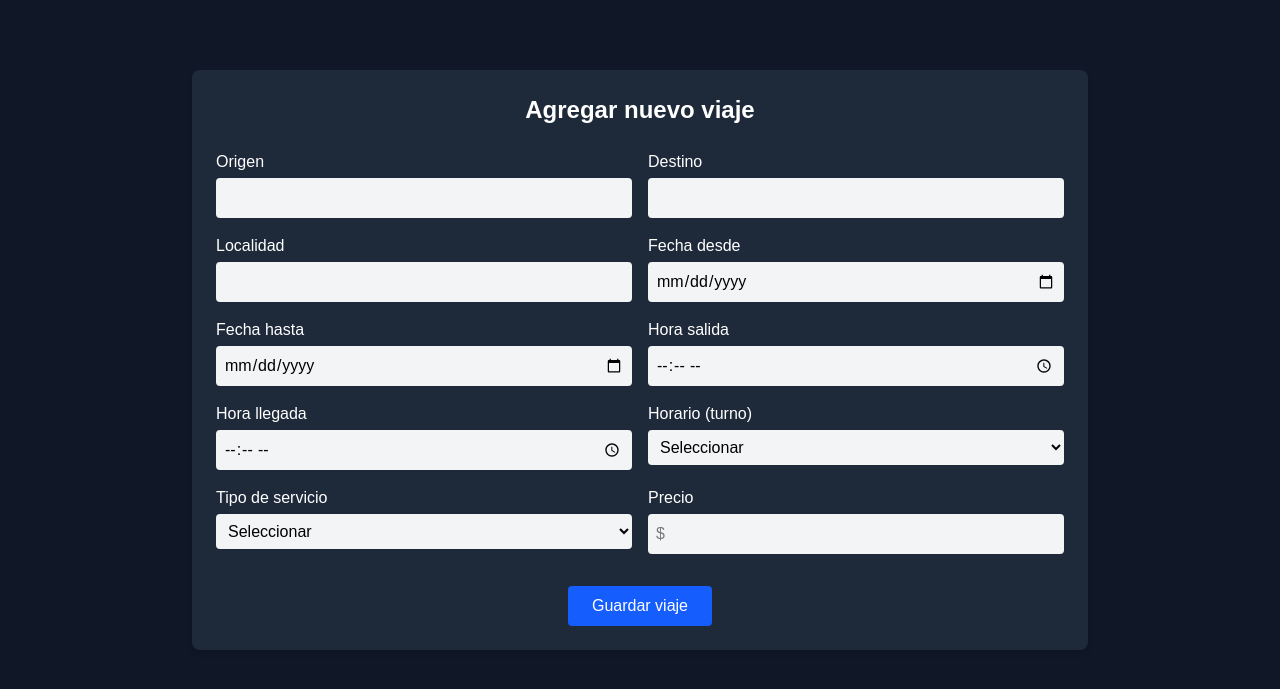
Repository: francoluca35/appcolectivos
Page: /agregarviaje
These files come from the project's save history. The page is drawn as it stood at one moment and after the next save; the edit follows.
The browser window is 1280 px wide. The pictures show the whole page.
The project was rebuilt for these pictures with package versions that can differ from the ones it lists, and the page was loaded fresh each time. The framework's server and built-in components were replaced by stand-ins that run in the browser. Also part of the build but not shown: next.config.mjs.

Above is the page before, as saved 2025-03-27 21:02:32.

After the next save:
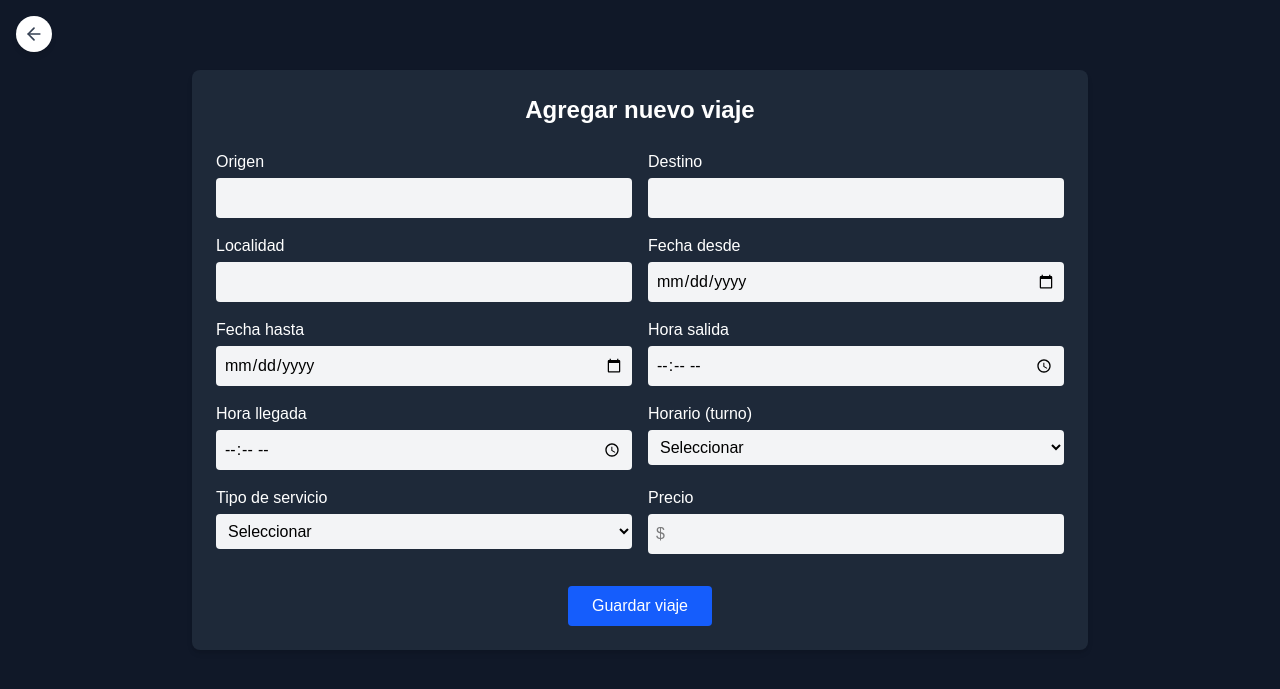
Saved 109 min 0 s later.
--- a/src/app/agregarviaje/page.js
+++ b/src/app/agregarviaje/page.js
@@ -1,6 +1,7 @@
 "use client";
 import { useState } from "react";
 import useAgregarViaje from "@/hooks/useAgregarViaje";
+import BackArrow from "../components/backArrow";
 
 function AgregarViaje() {
   const [form, setForm] = useState({
@@ -41,6 +42,7 @@ function AgregarViaje() {
 
   return (
     <div className="min-h-screen bg-gray-900 flex items-center justify-center px-4">
+      <BackArrow />
       <div className="bg-gray-800 p-6 rounded-lg shadow-md w-full max-w-4xl">
         <h2 className="text-2xl text-white font-bold mb-6 text-center">Agregar nuevo viaje</h2>
         <form onSubmit={handleSubmit} className="grid grid-cols-1 md:grid-cols-2 gap-4 text-white">
